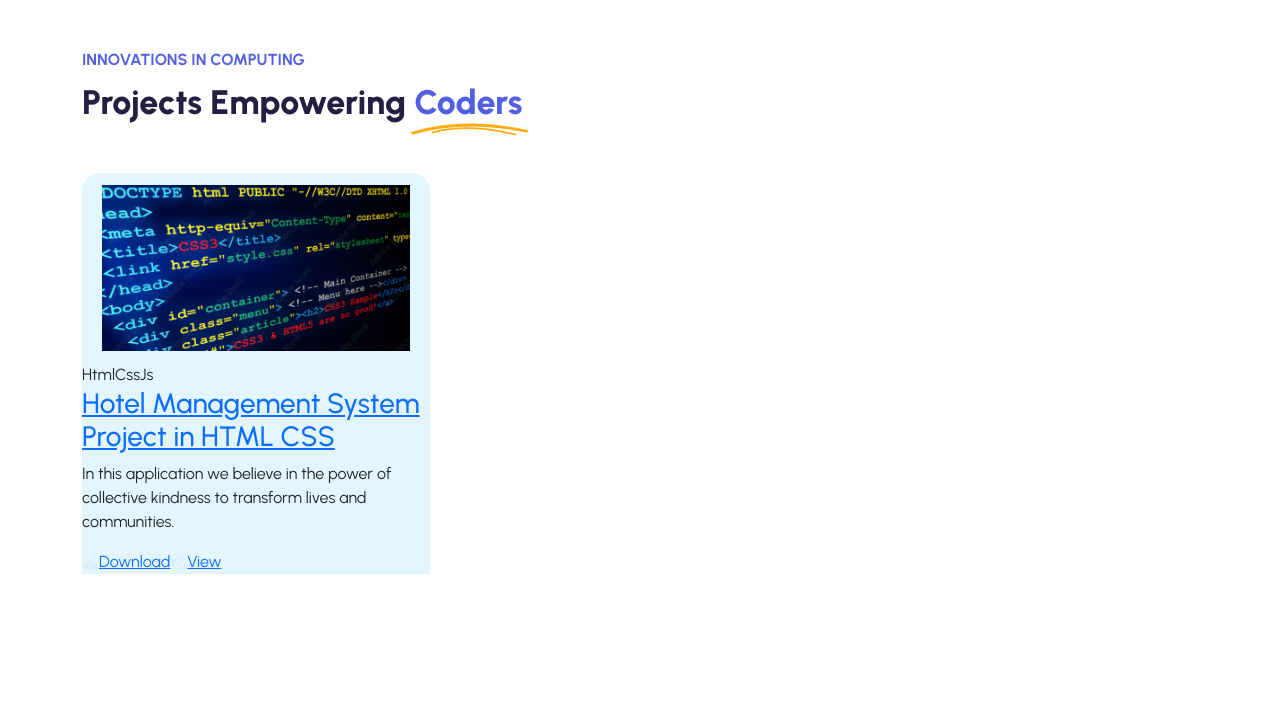
Repository: sharma171/jtccreativeideas
Page: /newsection (app in nextjssite/)
An editor plug-in stored every save of this project. The page is shown before and after the next save, followed by the edit.
The browser window is 1280 px wide. The pictures show the whole page.
The project was rebuilt for these pictures with package versions that can differ from the ones it lists, and the page was loaded fresh each time. The framework's server and built-in components were replaced by stand-ins that run in the browser. Also part of the build but not shown: nextjssite/next.config.mjs.

Above is the page before, as saved 2024-03-28 12:47:33.

### nextjssite/src/app/layout.js
// import { Inter } from "next/font/google";
// import "./globals.css";
import 'bootstrap/dist/css/bootstrap.min.css';

// const inter = Inter({ subsets: ["latin"] });

export const metadata = {
  title: "Create Next App",
  description: "Generated by create next app",
};

 const RootLayout = ({ children }) => {
  return (
    <html lang="en">
      <body>
        {/* Layout UI */}
        <main>{children}</main>
      </body>
    </html>
  )
}
export default RootLayout;

### nextjssite/src/app/newsection/page.jsx
import React from 'react'
import "./page.css"
import Headicon from "./after-head-icon.svg"
import Image from 'next/image'
import Link from 'next/link'
import Projimg1 from './images/projsection1.png'
import Projimg2 from './images/projsection2.png'
import Projimg3 from './images/projsection3.png'
import Downloadicon from './images/Download-icon.svg'
import Viewicon from './images/view-icon.svg'
const Page = () => {
    return(
        <>
        <section className="projects">
            <div className="container">
                <div className="col-flex main-head">
                    <h5 class="small-head">Innovations in Computing</h5>
                    <h3 className="bghead">Projects Empowering <span>Coders
                        <Image src={Headicon}></Image></span></h3>
                </div>
                <ul className="row-flex project-cards">
                    <li>

                            <div className="card-inner">
                                <Image src={Projimg1} alt="project" className="thumb"></Image>
                                <div className="info">
                                    <div className="tech-info">
                                        <span>Html</span>
                                        <span>Css</span>
                                        <span>Js</span>
                                    </div>
                                    <Link href="/newsection">
                                    <h3 className="heading">
                                        Hotel Management System Project in HTML CSS
                                    </h3>
                                    </Link>
                                    <p className="info">
                                        In this application we believe in the power of collective kindness to transform lives and communities.
                                    </p>
                                    <div className="card-button">
                                        <a href="" className="bot-button">
                                            <Image src={Downloadicon} alt='icon'></Image>
                                            Download
                                        </a>
                                        <a href="" className="bot-button">
                                            <Image src={Viewicon} alt='icon'></Image>
                                            View
                                        </a>
                                    </div>
                                </div>
                            </div>
                    </li>
                </ul>
            </div>
        </section>
        </>
    )
}
export default Page;

### nextjssite/src/app/newsection/page.css
@import url('https://fonts.googleapis.com/css2?family=Urbanist:ital,wght@0,100..900;1,100..900&display=swap');
* {
    font-family: "Urbanist", sans-serif;
    font-optical-sizing: auto;
}

section.projects {
    padding: 50px 0;
}
.main-head .small-head {
    color: #525fe1;
    font-size: 16px;
    font-weight: 700;
    text-transform: uppercase;
}
.main-head .bghead {
    color: #231f40;
    font-size: 34px;
    line-height: 1.5em;
    font-weight: 800;
}
.main-head .bghead span {
    color: #525fe1;
    position: relative;
}
.main-head .bghead span img {
    position: absolute;
    top: 100%;
    left: -5.9999999999999964px;
    width: 122.29999999999994px;
    height: 12.600000000000012px;
}
.project-cards {
    padding: 0;
    margin: 45px 0;
    list-style: none;
}
.project-cards li {
    width: calc(33.33333333333333% - 24px);
    border-top-left-radius: 18px;
    border-top-right-radius: 18px;
    background: #E3F5FF;
}
.project-cards li .card-inner {
    display: flex;
    flex-direction: column;
    width: 100%;
    border-top-left-radius: 18px;
    border-top-right-radius: 18px;
}
.project-cards li .card-inner .thumb {
    width: 100%;
    max-width: 100%;
    height: auto;
    object-fit: cover;
    border-top-left-radius: 18px;
    border-top-right-radius: 18px;
}
.project-cards li .card-inner .thumb  {
    padding: 12px 20px;
}

After the next save:
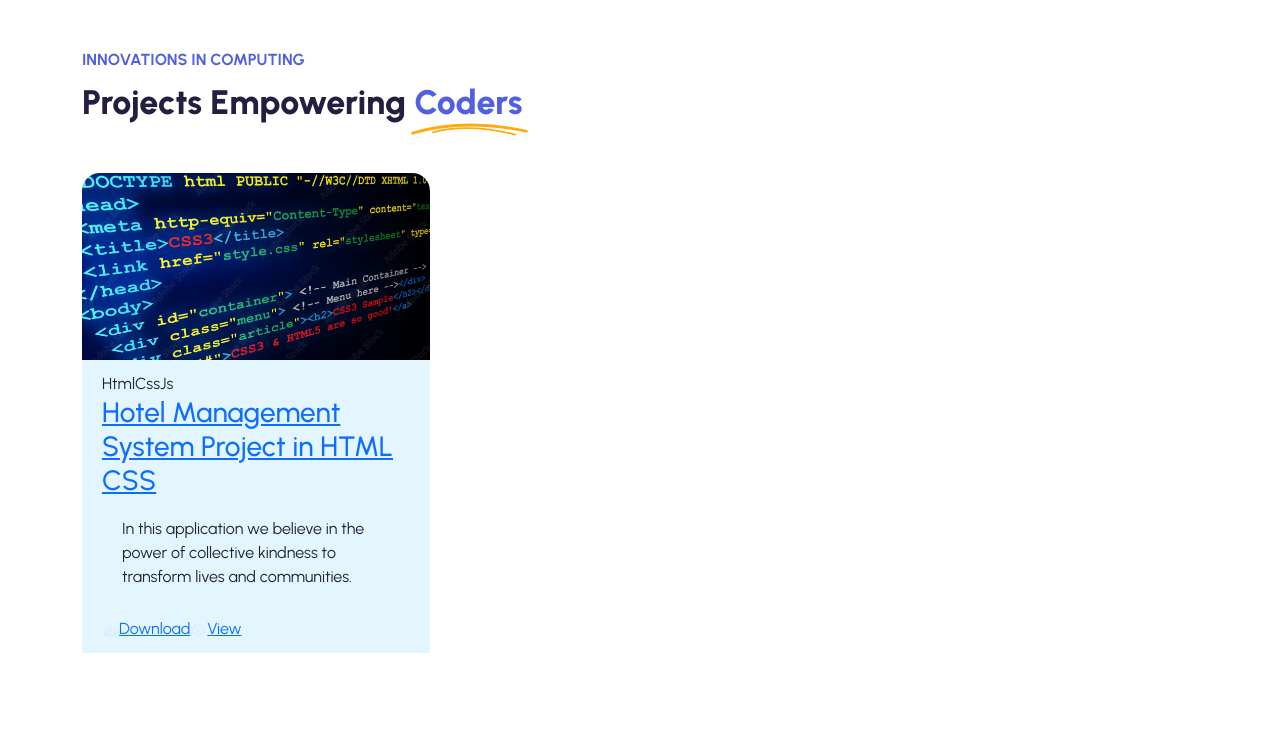
Saved 3 min 8 s later.
--- a/nextjssite/src/app/newsection/page.css
+++ b/nextjssite/src/app/newsection/page.css
@@ -56,6 +56,6 @@ section.projects {
     border-top-left-radius: 18px;
     border-top-right-radius: 18px;
 }
-.project-cards li .card-inner .thumb  {
+.project-cards li .card-inner .info {
     padding: 12px 20px;
 }
